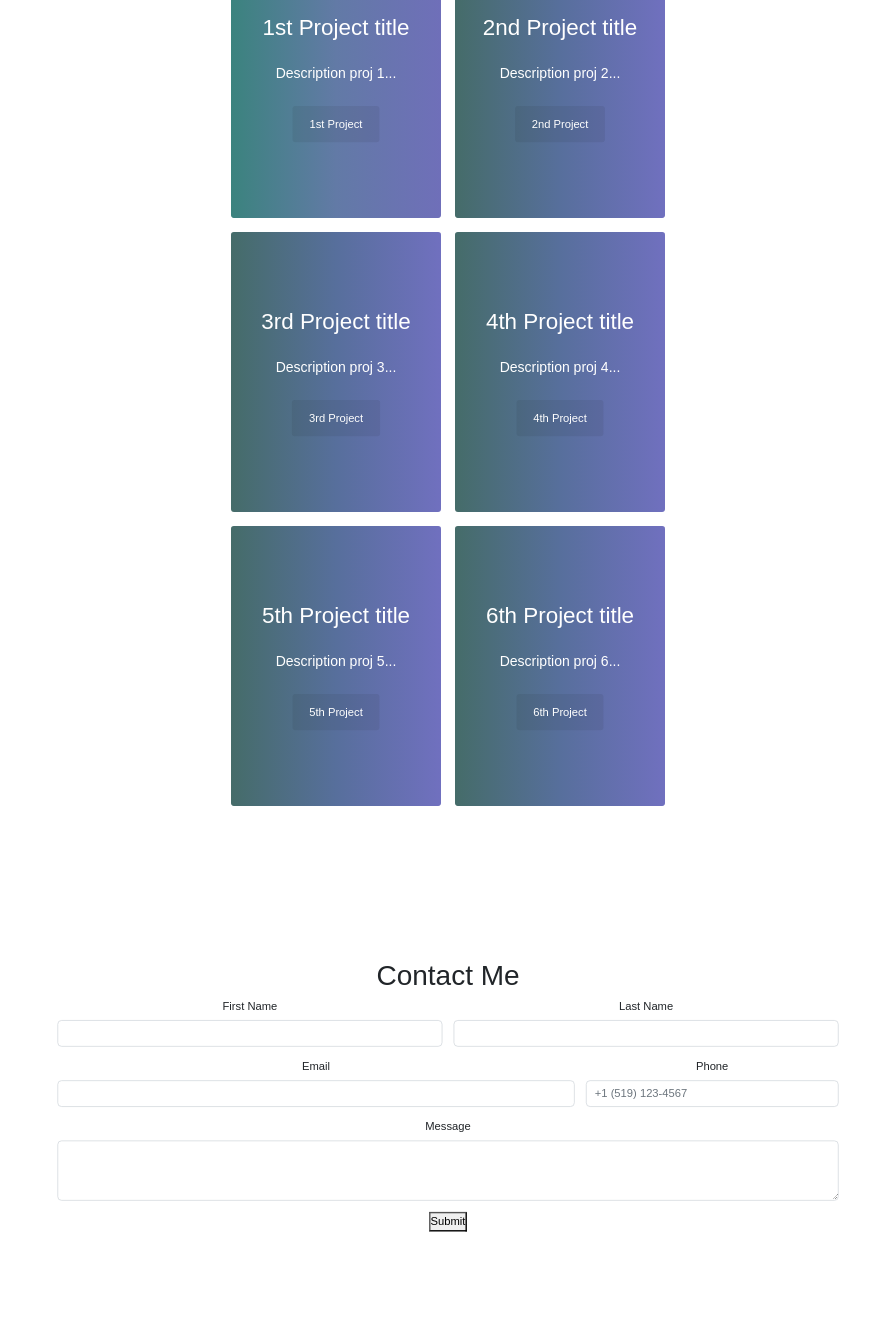
Repository: dvynchi/profile-2022
Page: index.html
These files come from the project's save history. The page is drawn as it stood at one moment and after the next save; the edit follows.
The browser window is 1280 px wide. The pictures show the part of the page from y = 1085 to 3005 px (the page is 2989 px tall before and 3005 px after), at 70% of full size.
A picture or video elsewhere on the page could not be fetched, so the positions and the page height are approximate. Some web libraries are served in a nearby version.

Above is the page before, as saved 2022-08-16 12:41:19.

After the next save:
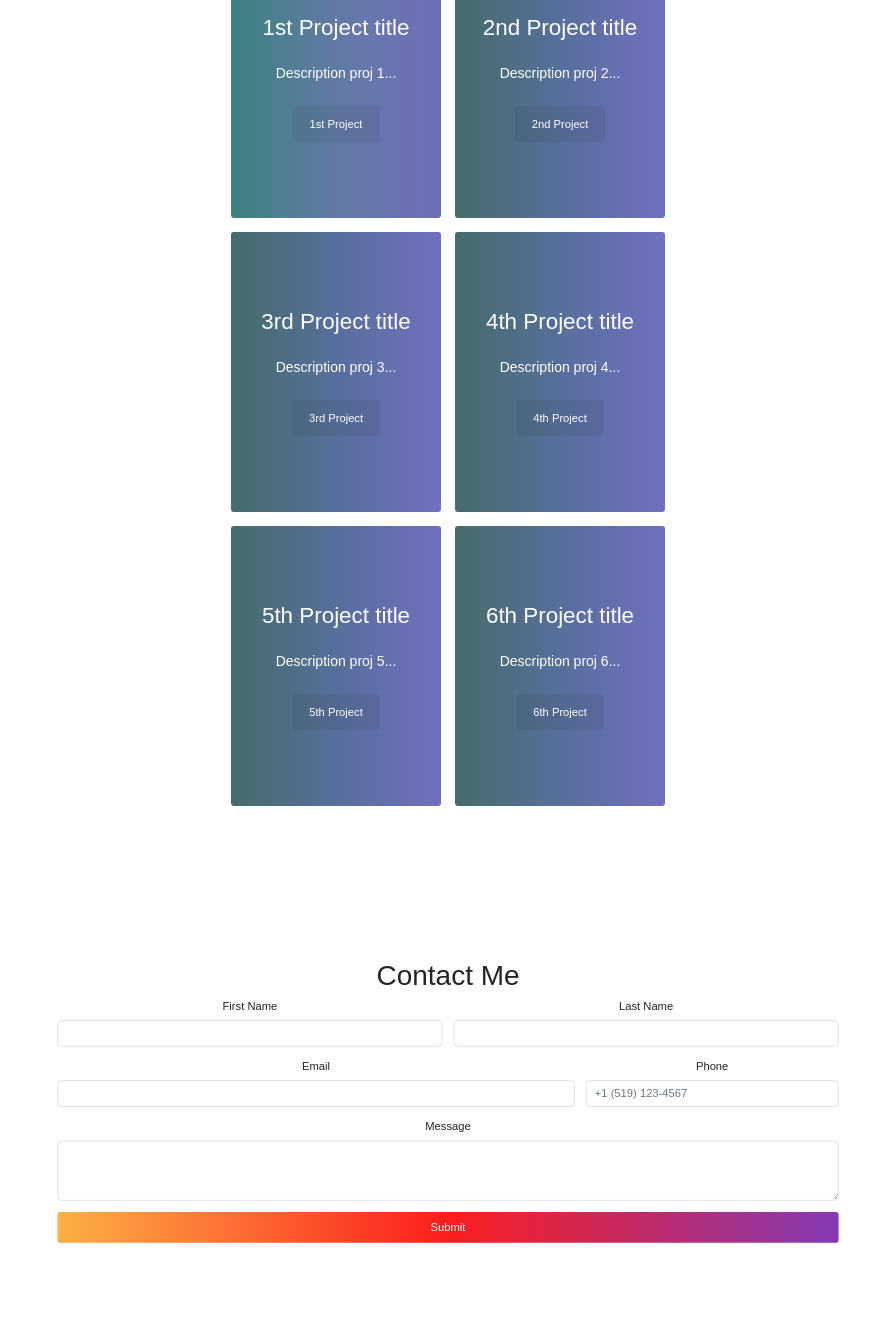
Saved 10 s later.
--- a/styles.css
+++ b/styles.css
@@ -83,7 +83,7 @@
 
 
 /* create color gradient for button --see uigradients.com */
-.button {
+.col-md-12 button {
     display: flex;
     justify-content: center;
     align-items: center;
